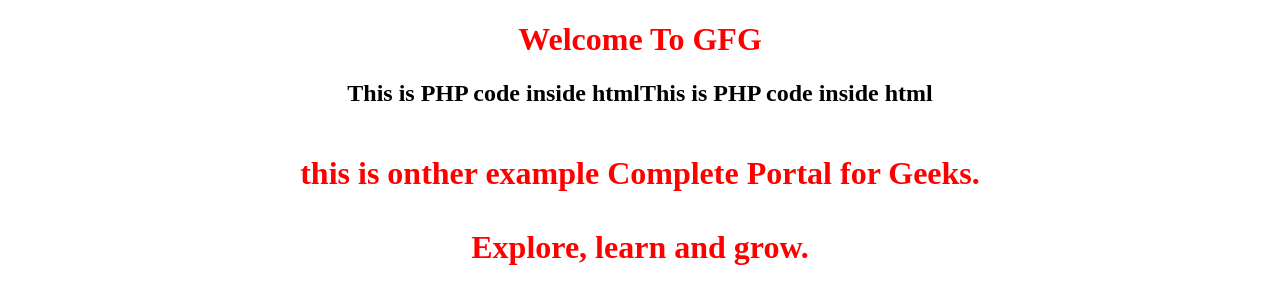
Repository: Akhilanishith/phpprojectgh
Page: http://localhost/example1.php
These files come from the project's save history. The page is drawn as it stood at one moment and after the next save; the edit follows.
The browser window is 1280 px wide. The pictures show the whole page.
The page is run by PHP 8.4 with error messages shown; the project is at /var/www/html/.

Above is the page before, as saved 2022-12-14 11:17:12.

After the next save:
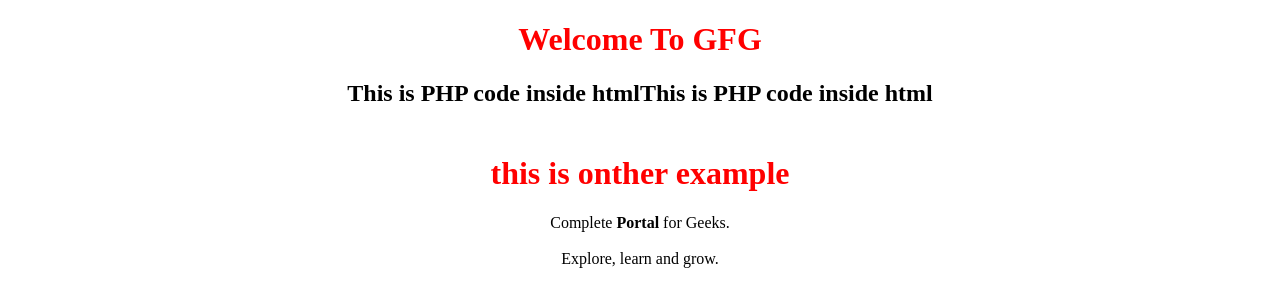
Saved 4 s later.
--- a/example1.php
+++ b/example1.php
@@ -22,7 +22,7 @@
             ?>
             <br><br>
 
-            <h1>this is onther example</hi>
+            <h1>this is onther example</h1>
 <?php
 
 echo "Complete <strong>Portal</strong> for Geeks."
